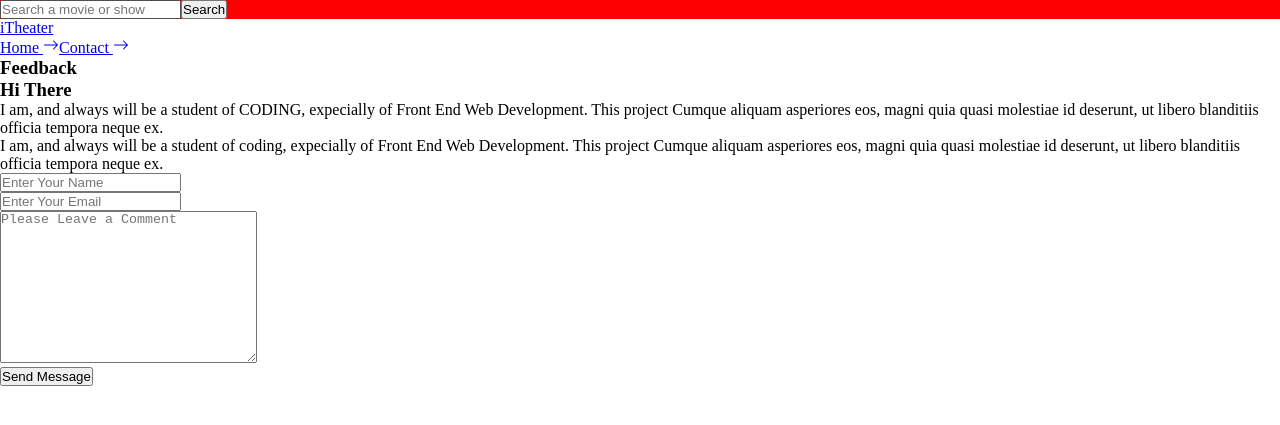
Repository: just-mann/itheater
Page: /contact
These files come from the project's save history. The page is drawn as it stood at one moment and after the next save; the edit follows.
The browser window is 1280 px wide. The pictures show the whole page.
The page's requests for data from a server got no answer. Some web fonts or font styles are not loaded; a fallback is used. The project was rebuilt for these pictures with package versions that can differ from the ones it lists, and the page was loaded fresh each time. No one was signed in, and anything a server would have sent is missing. Also part of the build but not shown: src/components/MovieDetail.js, src/components/ShowList.js.

Above is the page before, as saved 2021-07-17 05:43:26.

After the next save:
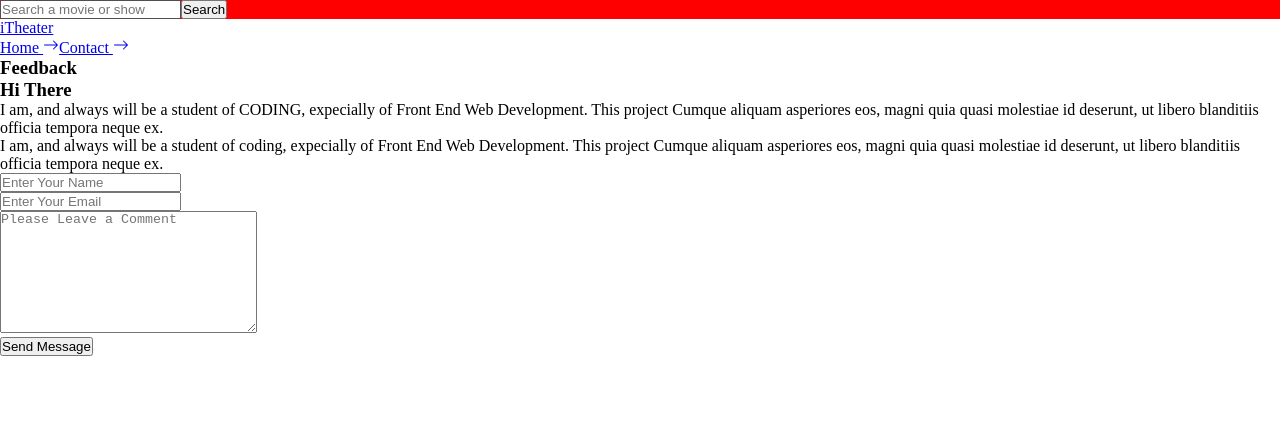
Saved 83 s later.
--- a/src/components/Contact.js
+++ b/src/components/Contact.js
@@ -60,7 +60,7 @@ const Contact = () => {
                         </div>
                         <div>
                             {/* <label htmlFor="message">Message</label> */}
-                            <textarea name="message" id="message" cols="30" rows="10" placeholder="Please Leave a Comment" required></textarea>
+                            <textarea name="message" id="message" cols="30" rows="8" placeholder="Please Leave a Comment" required></textarea>
                         </div>
                         <div>
                             <input type="submit" value="Send Message" />
